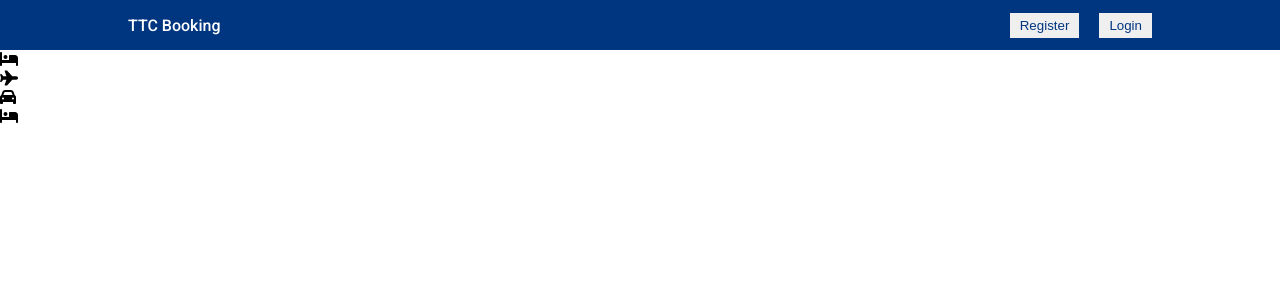
Repository: CarsonDev1/booking-app
Page: /
An editor plug-in stored every save of this project. The page is shown before and after the next save, followed by the edit.
The browser window is 1280 px wide. The pictures show the whole page.
The project was rebuilt for these pictures with package versions that can differ from the ones it lists, and the page was loaded fresh each time. Also part of the build but not shown: src/components/header/header.css, src/pages/home/home.css, src/pages/hotel/Hotel.jsx, src/pages/list/List.jsx.

Above is the page before, as saved 2022-12-03 00:26:30.

### public/index.html
<!DOCTYPE html>
<html lang="en">

<head>
  <meta charset="utf-8" />
  <link rel="icon" href="%PUBLIC_URL%/favicon.ico" />
  <meta name="viewport" content="width=device-width, initial-scale=1" />
  <meta name="theme-color" content="#000000" />
  <meta name="description" content="Web site created using create-react-app" />
  <link rel="apple-touch-icon" href="%PUBLIC_URL%/logo192.png" />
  <!--
      manifest.json provides metadata used when your web app is installed on a
      user's mobile device or desktop. See https://developers.google.com/web/fundamentals/web-app-manifest/
    -->
  <link rel="manifest" href="%PUBLIC_URL%/manifest.json" />
  <link rel="preconnect" href="https://fonts.googleapis.com">
  <link rel="preconnect" href="https://fonts.gstatic.com" crossorigin>
  <link
    href="https://fonts.googleapis.com/css2?family=Poppins:ital,wght@0,400;0,500;0,600;0,700;0,800;1,400;1,500;1,600;1,700&family=Roboto:ital,wght@0,300;0,400;0,500;0,700;1,300;1,400;1,500;1,700&display=swap"
    rel="stylesheet">
  <!--
      Notice the use of %PUBLIC_URL% in the tags above.
      It will be replaced with the URL of the `public` folder during the build.
      Only files inside the `public` folder can be referenced from the HTML.

      Unlike "/favicon.ico" or "favicon.ico", "%PUBLIC_URL%/favicon.ico" will
      work correctly both with client-side routing and a non-root public URL.
      Learn how to configure a non-root public URL by running `npm run build`.
    -->
  <title>React App</title>
</head>

<body>
  <noscript>You need to enable JavaScript to run this app.</noscript>
  <div id="root"></div>
  <!--
      This HTML file is a template.
      If you open it directly in the browser, you will see an empty page.

      You can add webfonts, meta tags, or analytics to this file.
      The build step will place the bundled scripts into the <body> tag.

      To begin the development, run `npm start` or `yarn start`.
      To create a production bundle, use `npm run build` or `yarn build`.
    -->
</body>

</html>

### src/index.css
body {
	margin: 0;
	padding: 0;
	box-sizing: border-box;
	font-family: "Roboto", sans-serif;
}

### src/App.js
import { BrowserRouter, Routes, Route } from "react-router-dom";
import Home from "./pages/home/Home";
import Hotel from "./pages/hotel/Hotel";
import List from "./pages/list/List";
function App() {
	return (
		<BrowserRouter>
			<Routes>
				<Route path="/" element={<Home />} />
				<Route path="/hotels" element={<List />} />
				<Route path="/hotels/:id" element={<Hotel />} />
			</Routes>
		</BrowserRouter>
	);
}

export default App;

### src/pages/home/Home.jsx
import Header from "../../components/header/Header";
import Navbar from "../../components/navbar/Navbar";
import "./home.css";

const Home = () => {
	return (
		<div>
			<Navbar />
			<Header />
		</div>
	);
};

export default Home;

### src/components/header/Header.jsx
import { faBed, faCar, faPlane } from "@fortawesome/free-solid-svg-icons";
import { FontAwesomeIcon } from "@fortawesome/react-fontawesome";
import "./header.css";

const Header = () => {
	return (
		<div className="header">
			<div className="headerList">
				<div className="headerListItem">
					<FontAwesomeIcon icon={faBed} />
				</div>
				<div className="headerListItem">
					<FontAwesomeIcon icon={faPlane} />
				</div>
				<div className="headerListItem">
					<FontAwesomeIcon icon={faCar} />
				</div>
				<div className="headerListItem">
					<FontAwesomeIcon icon={faBed} />
				</div>
			</div>
		</div>
	);
};

export default Header;

### src/components/navbar/Navbar.jsx
import "./navbar.css";

const NavBar = () => {
	return (
		<div className="navbar">
			<div className="navContainer">
				<span className="logo">TTC Booking</span>
				<div className="navItems">
					<button className="navButton">Register</button>
					<button className="navButton">Login</button>
				</div>
			</div>
		</div>
	);
};

export default NavBar;

### src/components/navbar/navbar.css
.navbar {
	height: 50px;
	background-color: #003580;
	display: flex;
	justify-content: center;
}
.navContainer {
	width: 100%;
	max-width: 1024px;
	color: white;
	display: flex;
	align-items: center;
	justify-content: space-between;
}
.logo {
	font-weight: 500;
}
.navButton {
	margin-left: 20px;
	border: none;
	padding: 5px 10px;
	cursor: pointer;
	color: #003580;
}

Loaded but not shown: src/index.js (common file)

After the next save:
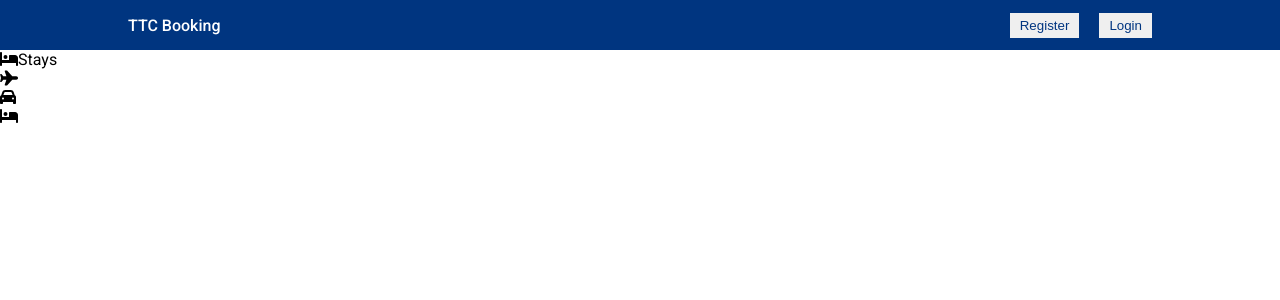
Saved 10 s later.
--- a/src/components/header/Header.jsx
+++ b/src/components/header/Header.jsx
@@ -8,6 +8,7 @@ const Header = () => {
 			<div className="headerList">
 				<div className="headerListItem">
 					<FontAwesomeIcon icon={faBed} />
+					<span>Stays</span>
 				</div>
 				<div className="headerListItem">
 					<FontAwesomeIcon icon={faPlane} />
